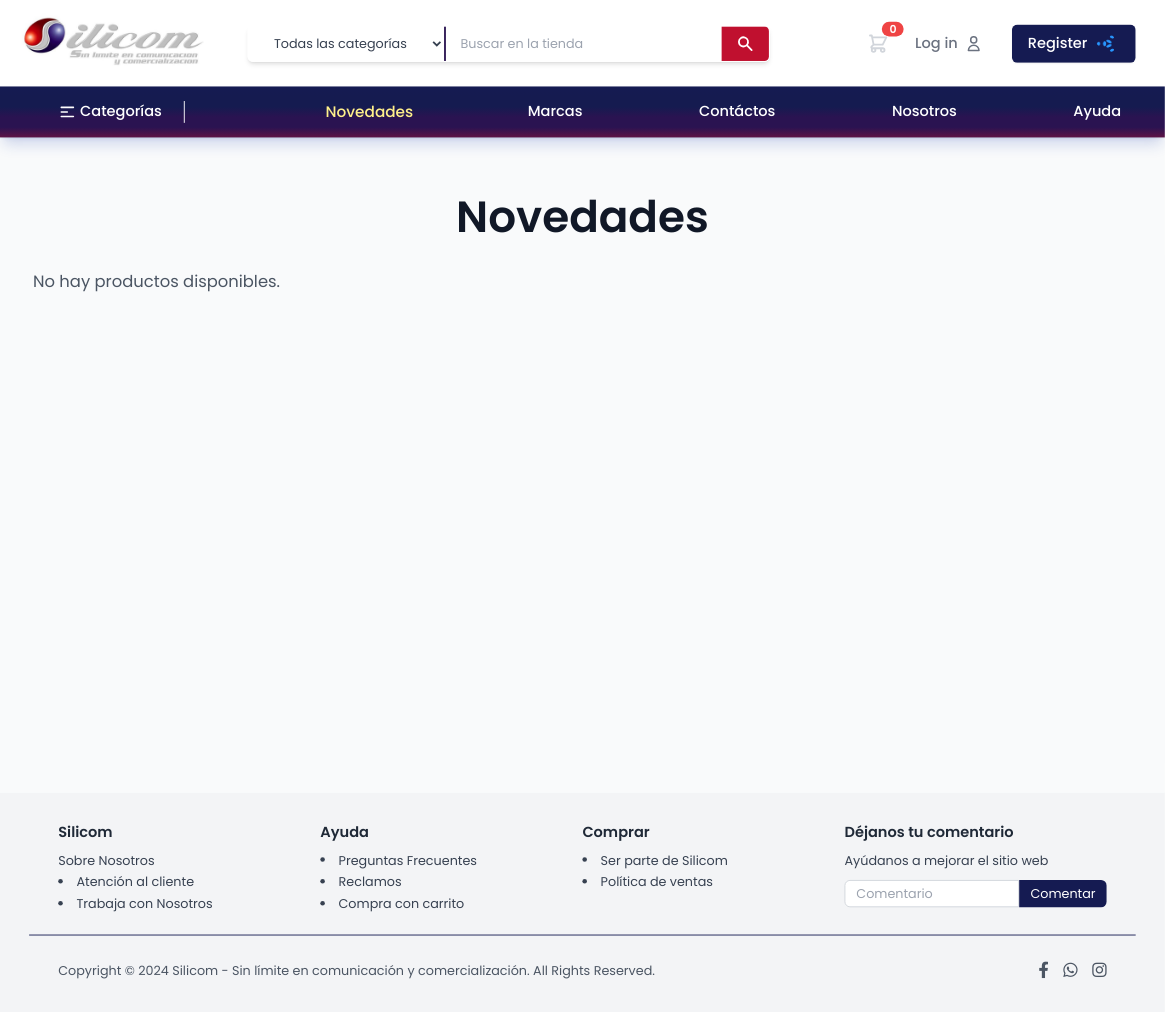
Repository: Francovg18/ecommerce
Page: /news
An editor plug-in stored every save of this project. The page is shown before and after the next save, followed by the edit.
The browser window is 1280 px wide. The pictures show the whole page, at 91% of full size.
The page's requests for data from a server got no answer. The project was rebuilt for these pictures with package versions that can differ from the ones it lists, and the page was loaded fresh each time. No one was signed in, and anything a server would have sent is missing. Also part of the build but not shown: src/components/home/Banner.js, src/components/home/ProductsArrival.js, src/components/home/ProductsSold.js, src/redux/actions/brands.js, src/components/home/Brand.js, src/components/home/Product.js, src/containers/Home.jsx, src/containers/errors/Error404.jsx and 39 more.

Above is the page before, as saved 2025-01-29 20:34:09.

After the next save:
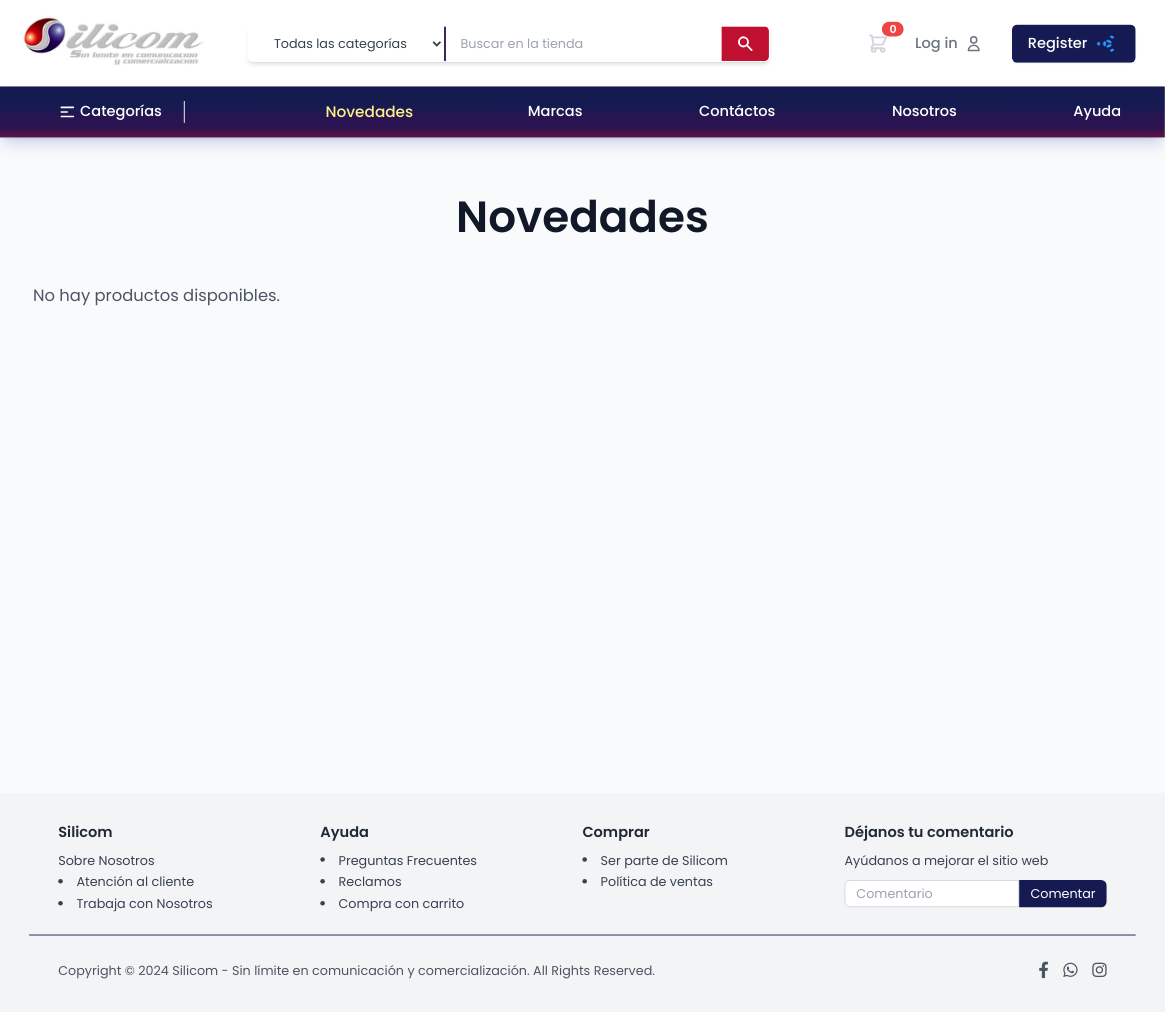
Saved 7 s later.
--- a/src/containers/pages/NewsProducts.jsx
+++ b/src/containers/pages/NewsProducts.jsx
@@ -8,7 +8,7 @@ const NewsProducts = ({ data, isAuthenticated }) => {
   return (
     <div className="bg-gray-50 min-h-screen py-16">
       <div className="max-w-7xl mx-auto px-4 sm:px-6 lg:px-8">
-        <div className="text-center max-w-2xl mx-auto mb-8">
+        <div className="text-center max-w-2xl mx-auto mb-12">
           <h1 className="text-5xl font-extrabold text-gray-900">Novedades</h1>
         </div>
 
